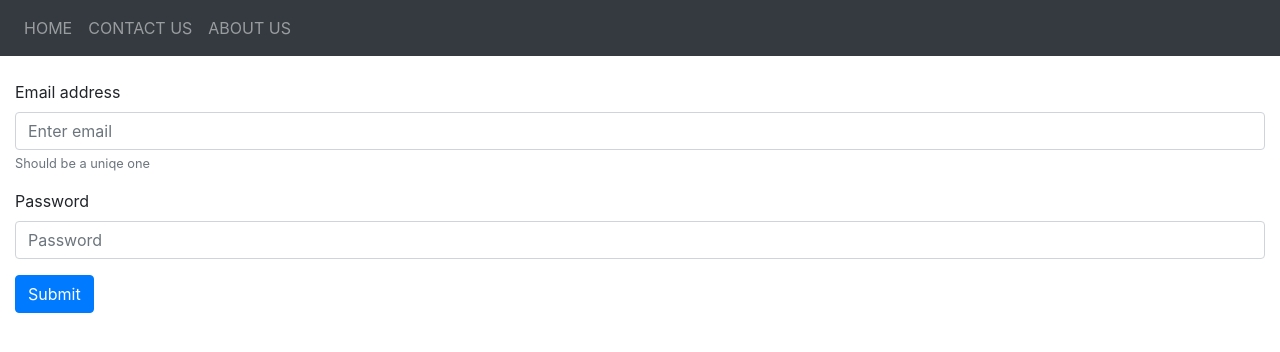
Repository: ROCKY-SAM/laravel5.7
Page: http://localhost/project/create
An editor plug-in stored every save of this project. The page is shown before and after the next save, followed by the edit.
The browser window is 1280 px wide. The pictures show the whole page.
The page is served by the project's Laravel application, run on PHP 8.4 with Laravel 8. Other server files are loaded and not shown.

Above is the page before, as saved 2018-11-11 14:49:21.

### routes/web.php
<?php

/*
|--------------------------------------------------------------------------
| Web Routes
|--------------------------------------------------------------------------
|
| Here is where you can register web routes for your application. These
| routes are loaded by the RouteServiceProvider within a group which
| contains the "web" middleware group. Now create something great!
|
*/

Route::get('/','PagesController@home');
Route::get('/contact','PagesController@contact');
Route::get('/about','PagesController@about');
Route::get('/project/create','PagesController@create');

### app/Http/Controllers/PagesController.php
<?php

namespace App\Http\Controllers;

use Illuminate\Http\Request;
use App\Project;
class PagesController extends Controller
{
    //

    public function home(){
        $project = Project::all();
        return view('welcome',[
            'foo' => 'Laravel',
            'projects' => $project
        ]);
    }
    public function about(){
        return view('about');
    }
    public function contact(){
        return view('contact');
    }
    public function create(){
        return view('projectCreate');
    }
}

### resources/views/projectCreate.blade.php
@extends('layout')

@section('title')
    New Project
@endsection


@section('content')
    <form>
        <div class="form-group">
          <label for="exampleInputEmail1">Email address</label>
          <input type="email" class="form-control" id="exampleInputEmail1" aria-describedby="emailHelp" placeholder="Enter email">
          <small id="emailHelp" class="form-text text-muted">Should be a uniqe one</small>
        </div>
        <div class="form-group">
          <label for="exampleInputPassword1">Password</label>
          <input type="password" class="form-control" id="exampleInputPassword1" placeholder="Password">
        </div>
        <button type="submit" class="btn btn-primary">Submit</button>
    </form>
@endsection

### resources/views/layout.blade.php
<!DOCTYPE html>
<html lang="en">
  <head>
    <meta charset="utf-8">
    <meta http-equiv="X-UA-Compatible" content="IE=edge">
    <title>@yield('title','SAM LARAVEl')</title>
    <meta name="viewport" content="width=device-width, initial-scale=1">
    <link rel="stylesheet" href="https://maxcdn.bootstrapcdn.com/bootstrap/4.1.3/css/bootstrap.min.css">
    <script src="https://ajax.googleapis.com/ajax/libs/jquery/3.3.1/jquery.min.js"></script>
    <script src="https://cdnjs.cloudflare.com/ajax/libs/popper.js/1.14.3/umd/popper.min.js"></script>
    <script src="https://maxcdn.bootstrapcdn.com/bootstrap/4.1.3/js/bootstrap.min.js"></script>
  </head>
  <body>

    <nav class="navbar navbar-expand-sm bg-dark navbar-dark fixed-top">
        <ul class="navbar-nav">
          <li class="nav-item">
            <a class="nav-link" href="/">HOME</a>
          </li>
          <li class="nav-item">
            <a class="nav-link" href="/contact">CONTACT US</a>
          </li>
          <li class="nav-item">
            <a class="nav-link" href="/about">ABOUT US</a>
          </li>
        </ul>
      </nav>




      <div class="container-fluid" style="margin-top:80px">
            @yield('content')
          </div>


    <script src="https://ajax.googleapis.com/ajax/libs/jquery/3.3.1/jquery.min.js"></script>
  </body>
</html>

Loaded but not shown: app/Providers/AppServiceProvider.php (common file); app/Http/Controllers/Controller.php (common file)

After the next save:
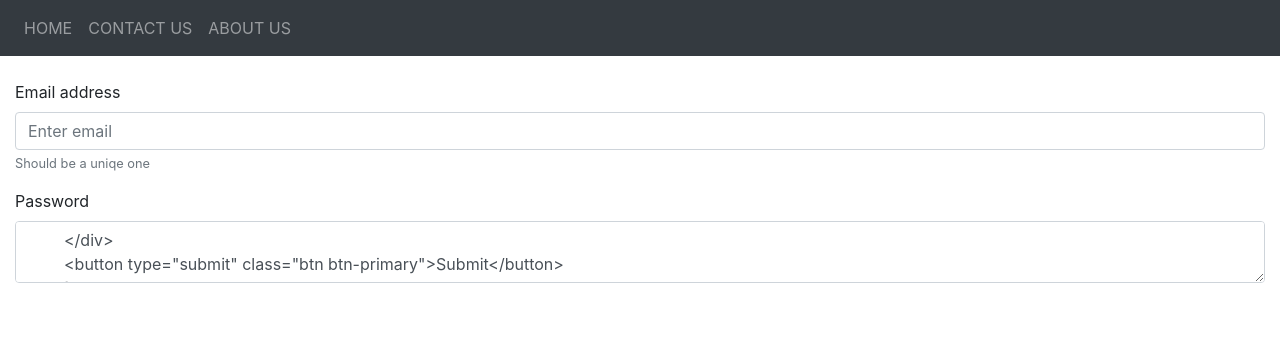
Saved 9 s later.
--- a/resources/views/projectCreate.blade.php
+++ b/resources/views/projectCreate.blade.php
@@ -9,12 +9,12 @@
     <form>
         <div class="form-group">
           <label for="exampleInputEmail1">Email address</label>
-          <input type="email" class="form-control" id="exampleInputEmail1" aria-describedby="emailHelp" placeholder="Enter email">
+          <input type="text" class="form-control" id="exampleInputEmail1" aria-describedby="emailHelp" placeholder="Enter email">
           <small id="emailHelp" class="form-text text-muted">Should be a uniqe one</small>
         </div>
         <div class="form-group">
           <label for="exampleInputPassword1">Password</label>
-          <input type="password" class="form-control" id="exampleInputPassword1" placeholder="Password">
+          <textarea class="form-control" id="exampleInputPassword1" placeholder="Password">
         </div>
         <button type="submit" class="btn btn-primary">Submit</button>
     </form>
